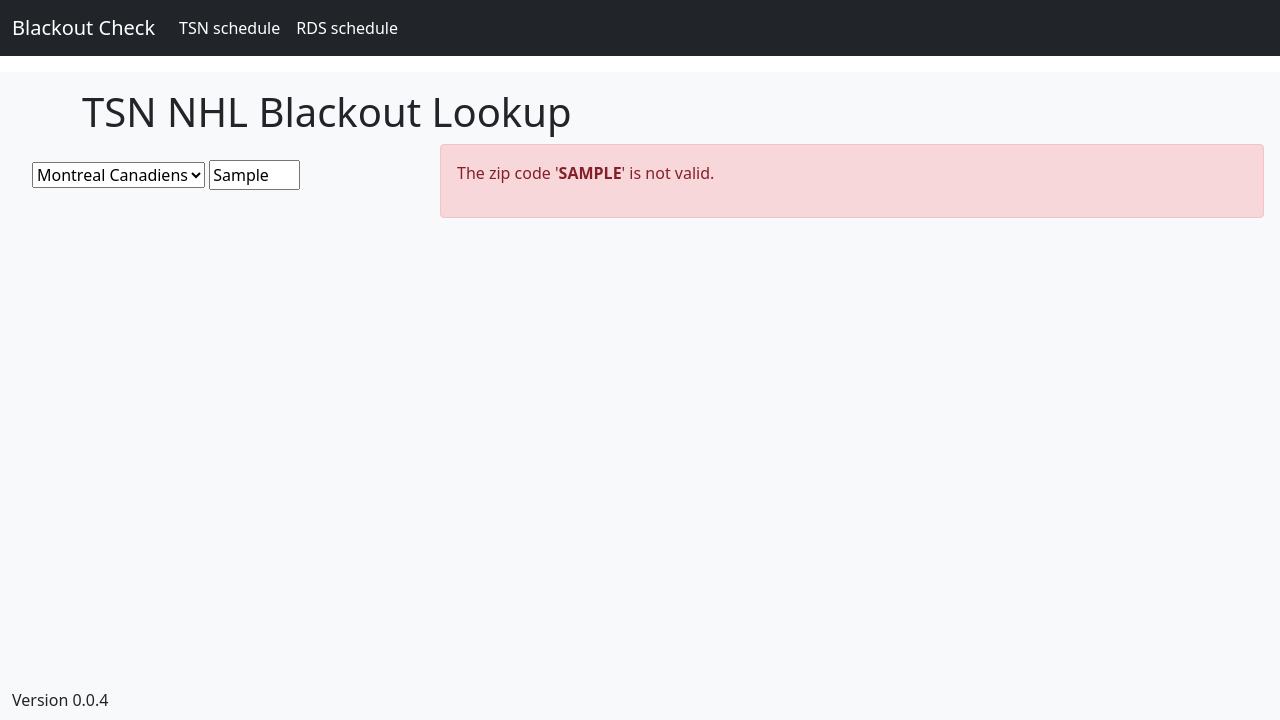
Repository: teban004/blackoutCheck
Page: index.html
An editor plug-in stored every save of this project. The page is shown before and after the next save, followed by the edit.
The browser window is 1280 px wide. The pictures show the whole page.
Empty fields were first filled with sample values (such as "Sample", 5 or name@example.com).
After loading, the first visible `#zipCode` was changed once.

Above is the page before, as saved 2022-01-14 15:57:30.

After the next save:
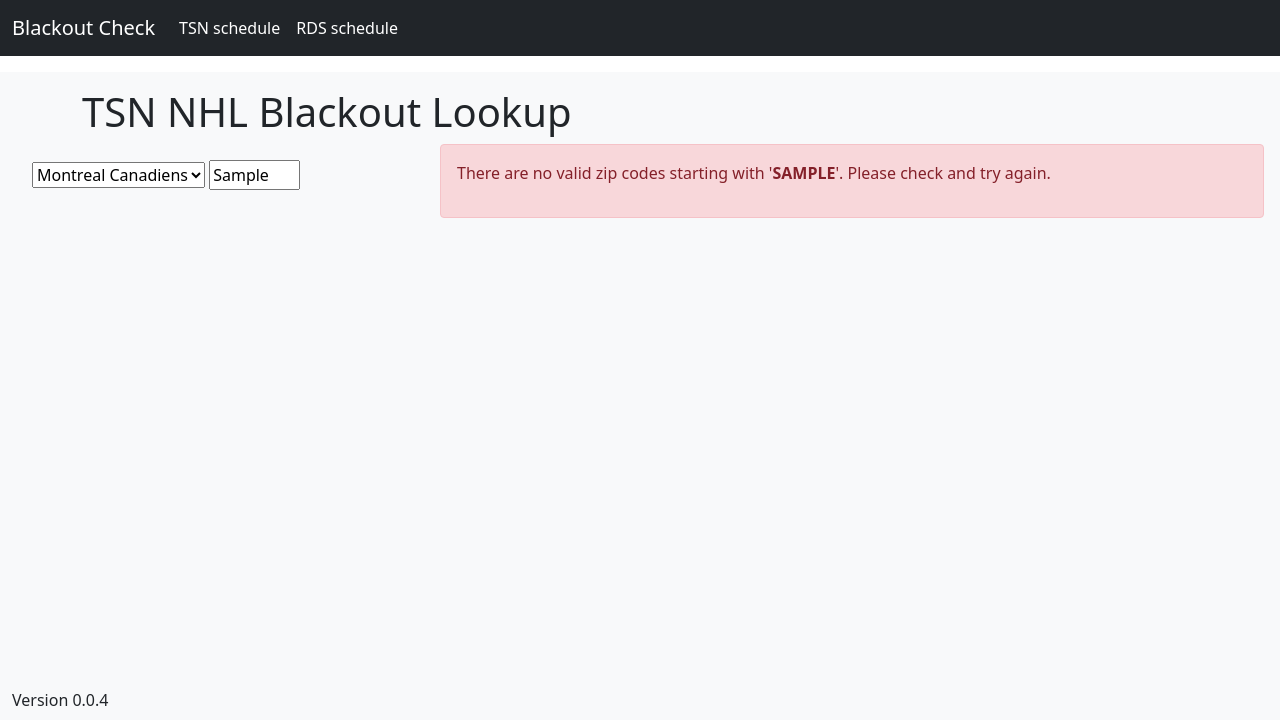
Saved 4 min 31 s later.
--- a/Scripts/app.js
+++ b/Scripts/app.js
@@ -55,7 +55,7 @@
 				let textBlocked = "blocked.<br>Due to NHL blackout rules, you are not authorized to view this game in your current location. If you want to view games out of your local region and are a BellTV subscriber, please contact BellTV to subscribe to NHL Centre Ice.</p>";
 				let textNotBlocked = "NOT blocked.<br>Check the customer's IP address if they are still unable to view the game. Lookup the IP to make sure that it is within the team's local region.</p>";
 
-				messageTxt = "<p>For the zip code: <b>" + zipCode + "</b></p><p>The <b>" + team + "</b> games are ";
+				messageTxt = "<p>For zip codes starting with: <b>" + zipCode + "</b></p><p>The <b>" + team + "</b> games are ";
 
 				// check the blackout constraint according to the selected team
 				switch( team ) {
@@ -100,7 +100,7 @@
 			}
 			else {
 				result.className = "alert alert-danger";
-				result.innerHTML = "<p>The zip code '<b>" + zipCode + "</b>' is not valid.</p>";
+				result.innerHTML = "<p>There are no valid zip codes starting with '<b>" + zipCode + "</b>'. Please check and try again.</p>";
 			}
 		}; // end of checkBlackout
 
